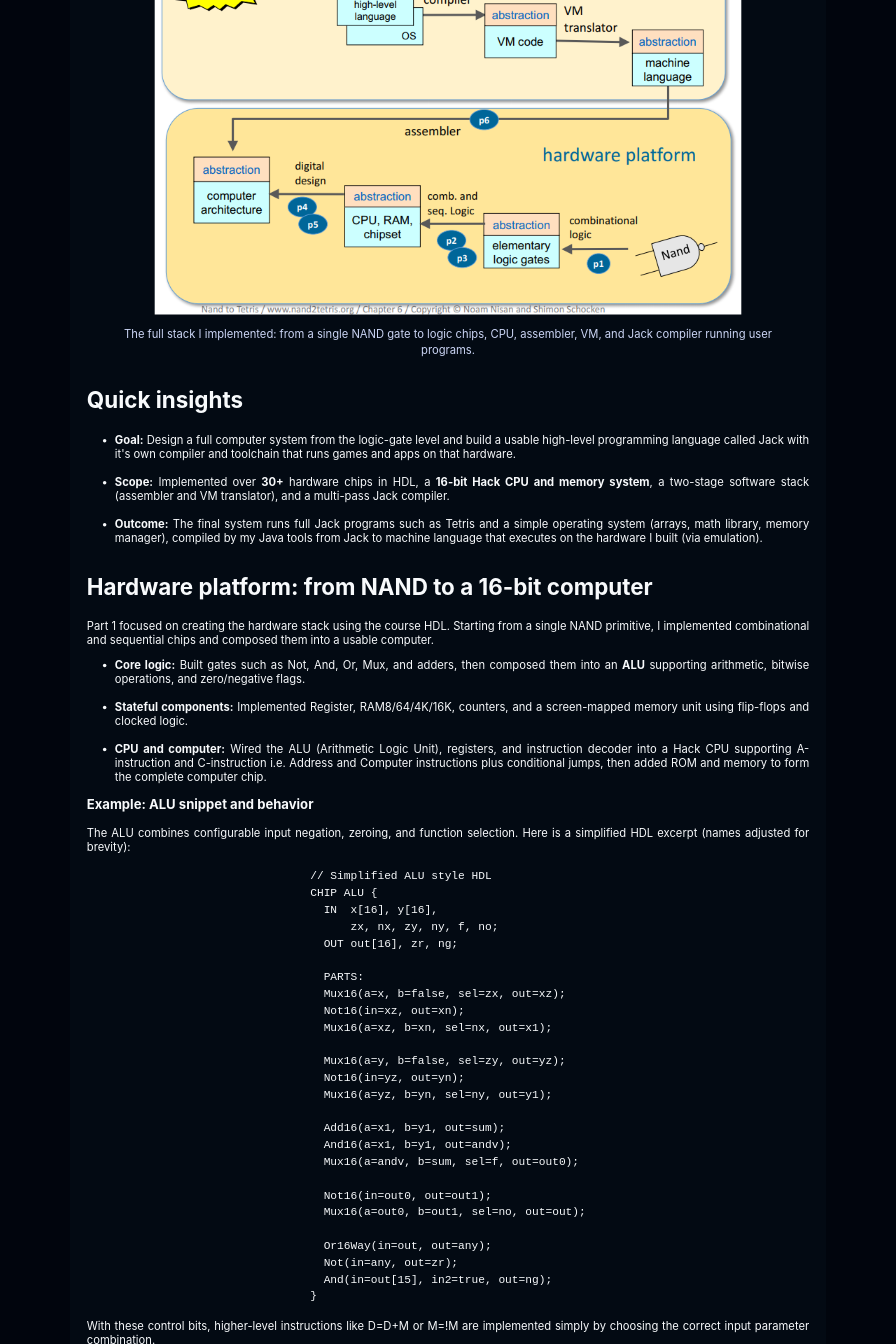
Repository: Abdulaziz-04/Abdulaziz-04.github.io
Page: deepdives/backend_systems/nand2tetris/nand2tetris.html
These files come from the project's save history. The page is drawn as it stood at one moment and after the next save; the edit follows.
The browser window is 1280 px wide. The pictures show the part of the page from y = 586 to 2506 px (the page is 6600 px tall), at 70% of full size.

Above is the page before, as saved 2025-11-20 18:19:31.

After the next save:
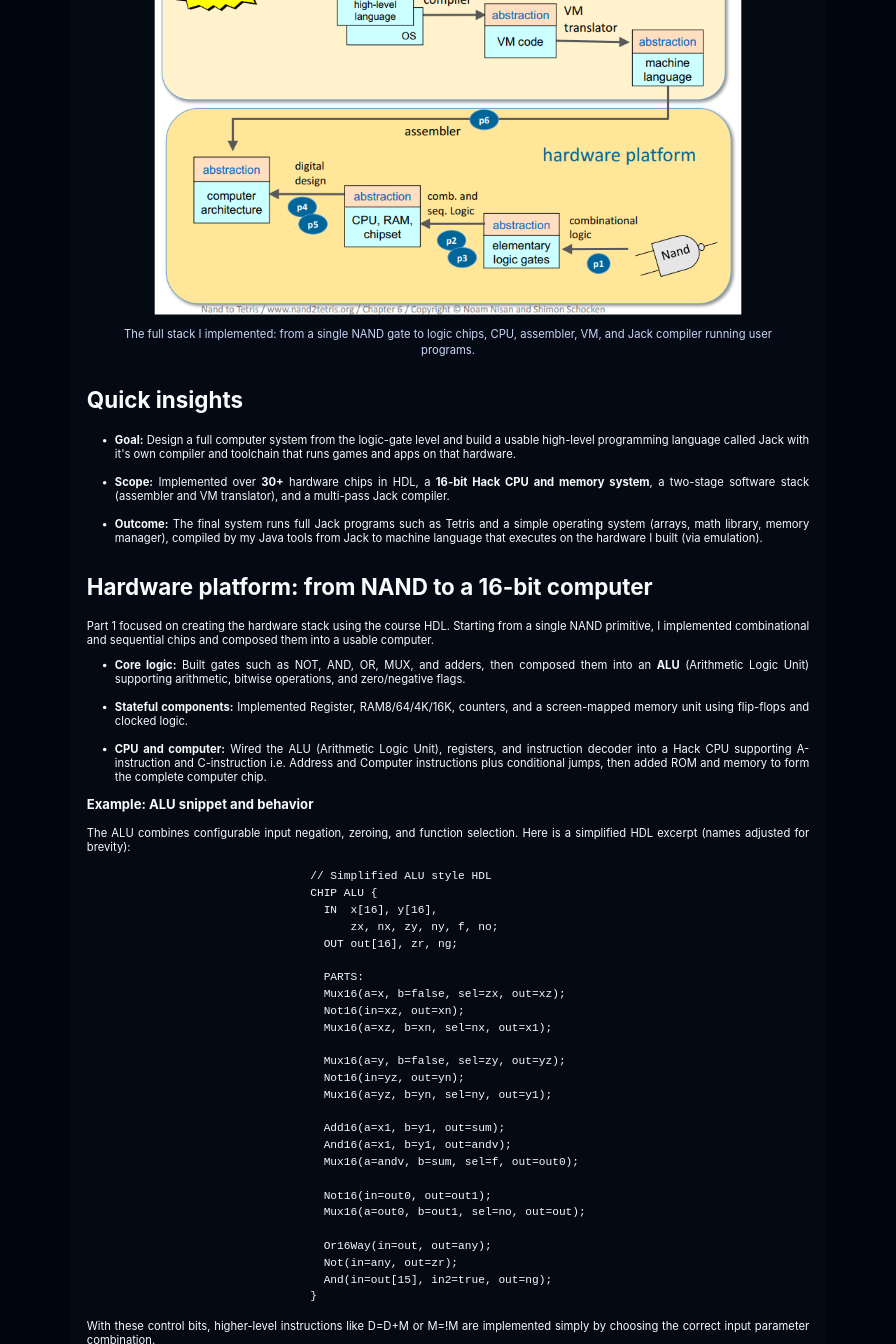
Saved 37 s later.
--- a/deepdives/backend_systems/nand2tetris/nand2tetris.html
+++ b/deepdives/backend_systems/nand2tetris/nand2tetris.html
@@ -174,9 +174,10 @@
 
         <ul>
           <li>
-            <b>Core logic:</b> Built gates such as Not, And, Or, Mux, and
-            adders, then composed them into an <b>ALU</b> supporting arithmetic,
-            bitwise operations, and zero/negative flags.
+            <b>Core logic:</b> Built gates such as NOT, AND, OR, MUX, and
+            adders, then composed them into an <b>ALU</b> (Arithmetic Logic
+            Unit) supporting arithmetic, bitwise operations, and zero/negative
+            flags.
           </li>
           <br />
           <li>
